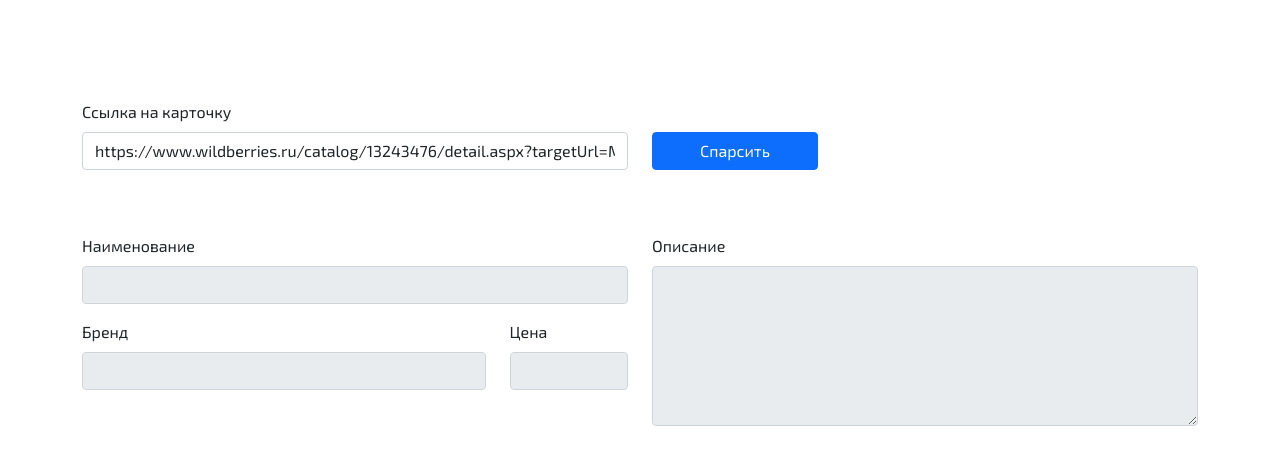
Repository: yozuul/wildberries-product-card-parser-api-exchange
Page: public/panel.html
The author's editor kept a copy of each file at every save. The page is drawn from the files as they stood at one save, then again after a run of saves.
The browser window is 1280 px wide. The pictures show the whole page.

Above is the page before, as saved 2021-08-20 07:51:48.

After the next 3 saves:
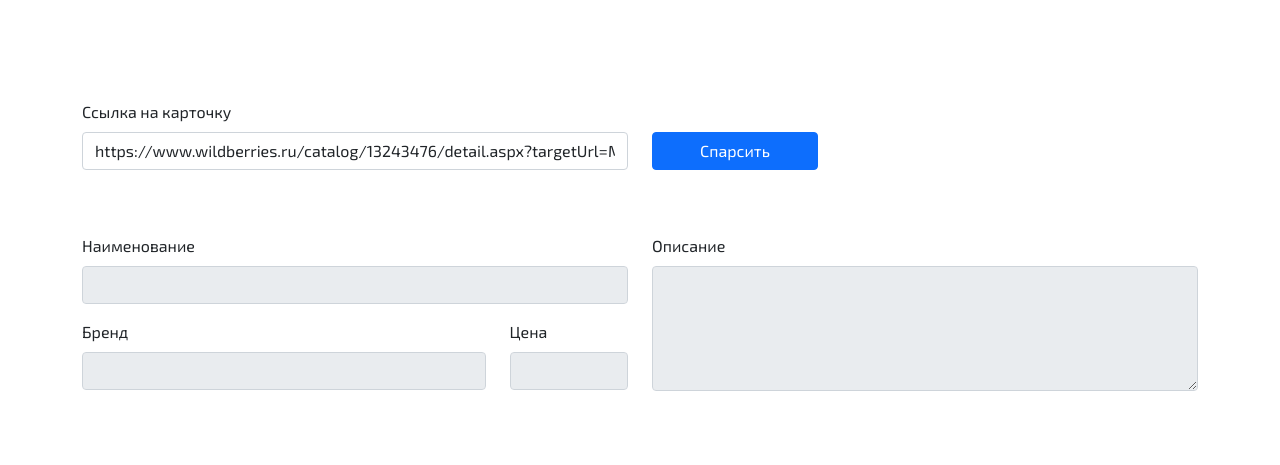
The 3 saves are shown as one change because they came seconds apart.
The last was saved 10 s later.
--- a/public/style.css
+++ b/public/style.css
@@ -17,7 +17,7 @@ body {
    margin-top: 50px;
 }
 #cardProductDesc {
-   height: 160px;
+   height: 125px;
 }
 /* .imageItem {
    max-width: 100px;
